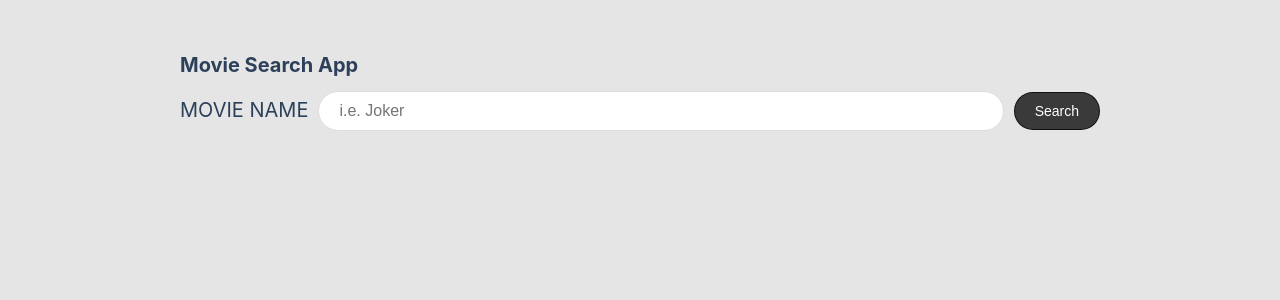
Repository: alialshara94/Movies-Search-React
Page: /
The author's editor kept a copy of each file at every save. The page is drawn from the files as they stood at one save, then again after the next save.
The browser window is 1280 px wide. The pictures show the whole page.
The project was rebuilt for these pictures with package versions that can differ from the ones it lists, and the page was loaded fresh each time.

Above is the page before, as saved 2020-10-22 01:06:02.

After the next save:
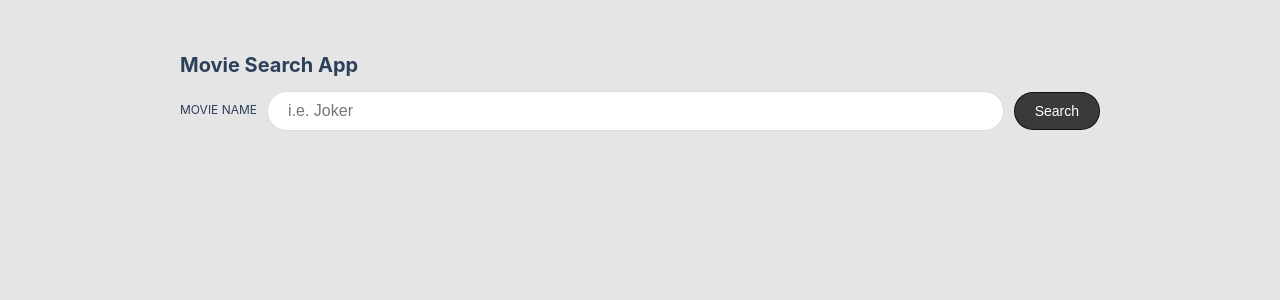
Saved 7 s later.
--- a/src/App.css
+++ b/src/App.css
@@ -37,7 +37,7 @@ small {
 }
 
 .label {
-  font-size: 2rem;
+  font-size: 1.2rem;
   margin-bottom: 0.2rem;
   text-transform: uppercase;
 }
